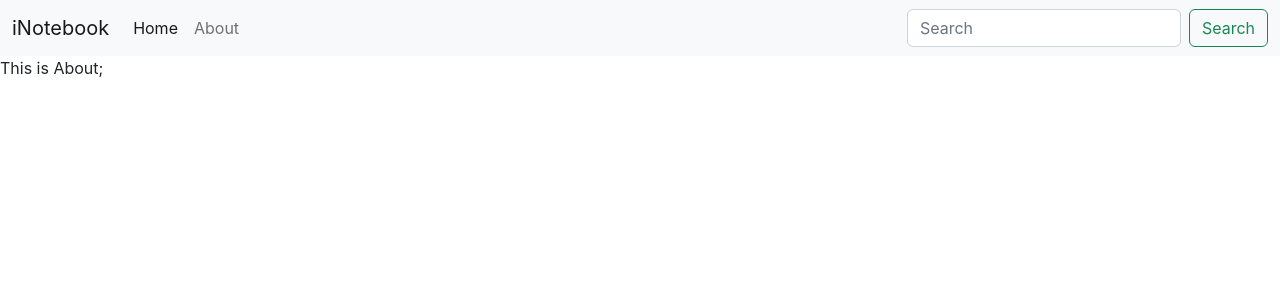
Repository: SatishPatil108/iNotebook-React
Page: /about
These files come from the project's save history. The page is drawn as it stood at one moment and after the next save; the edit follows.
The browser window is 1280 px wide. The pictures show the whole page.
The project was rebuilt for these pictures with package versions that can differ from the ones it lists, and the page was loaded fresh each time. Also part of the build but not shown: src/App.css, src/components/Home.js.

Above is the page before, as saved 2022-07-23 17:08:34.

After the next save:
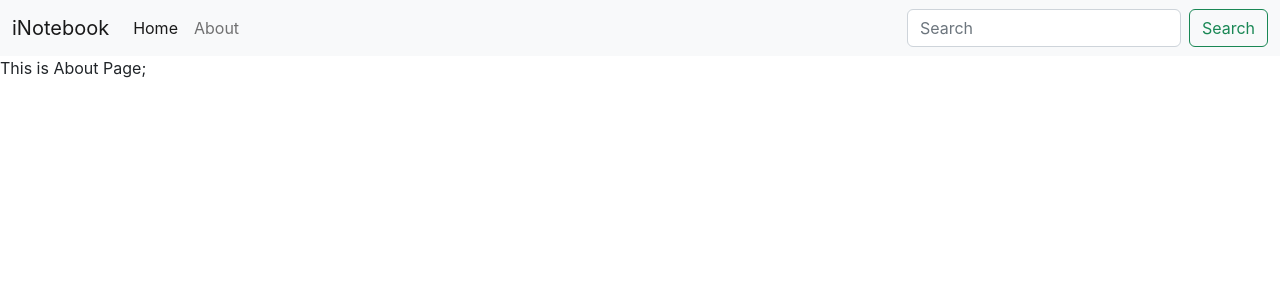
Saved 37 s later.
--- a/src/components/About.js
+++ b/src/components/About.js
@@ -2,7 +2,7 @@
 const About = () => {
     return (
         <div>
-            This is About;
+            This is About Page;
         </div>
     )
 }
